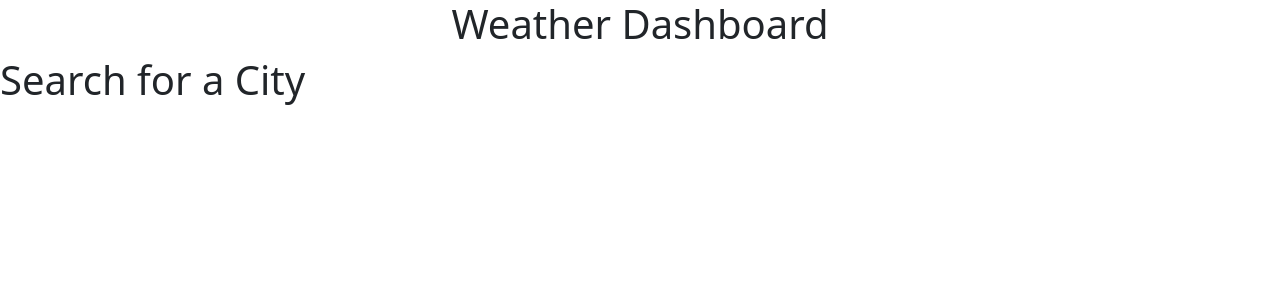
Repository: ziffoit/Weather_Dashboard
Page: index.html
These files come from the project's save history. The page is drawn as it stood at one moment and after the next save; the edit follows.
The browser window is 1280 px wide. The pictures show the whole page.

Above is the page before, as saved 2021-03-24 22:59:40.

### index.html
<!DOCTYPE html>
<html lang="en">
  <head>
    <meta charset="UTF-8" />
    <meta name="viewport" content="width=device-width, initial-scale=1.0" />
    <link
      href="https://cdn.jsdelivr.net/npm/bootstrap@5.0.0-beta3/dist/css/bootstrap.min.css"
      rel="stylesheet"
      integrity="sha384-eOJMYsd53ii+scO/bJGFsiCZc+5NDVN2yr8+0RDqr0Ql0h+rP48ckxlpbzKgwra6"
      crossorigin="anonymous"
    />
    <title>Document</title>
  </head>
  <body>
    <header>
      <h1 style="text-align: center">Weather Dashboard</h1>
    </header>
    <aside style="float: left">
      <h1>Search for a City</h1>
    </aside>
    <section></section>
    <section></section>
  </body>
</html>

After the next save:
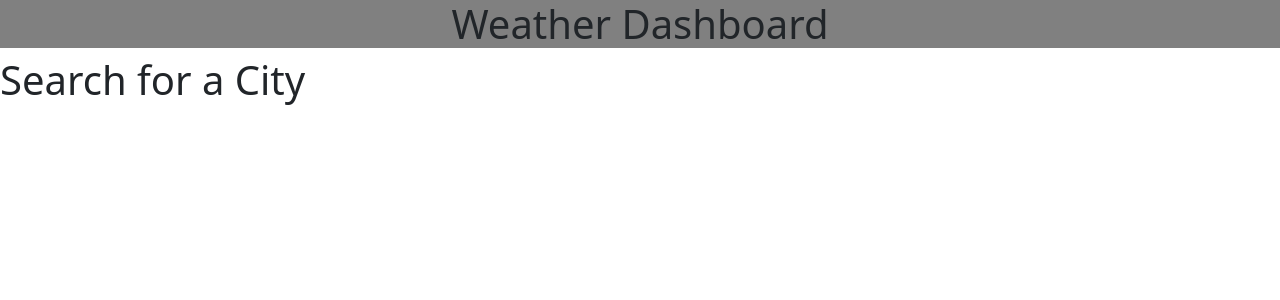
Saved 57 s later.
--- a/index.html
+++ b/index.html
@@ -13,7 +13,9 @@
   </head>
   <body>
     <header>
-      <h1 style="text-align: center">Weather Dashboard</h1>
+      <h1 style="text-align: center; background-color: gray">
+        Weather Dashboard
+      </h1>
     </header>
     <aside style="float: left">
       <h1>Search for a City</h1>
